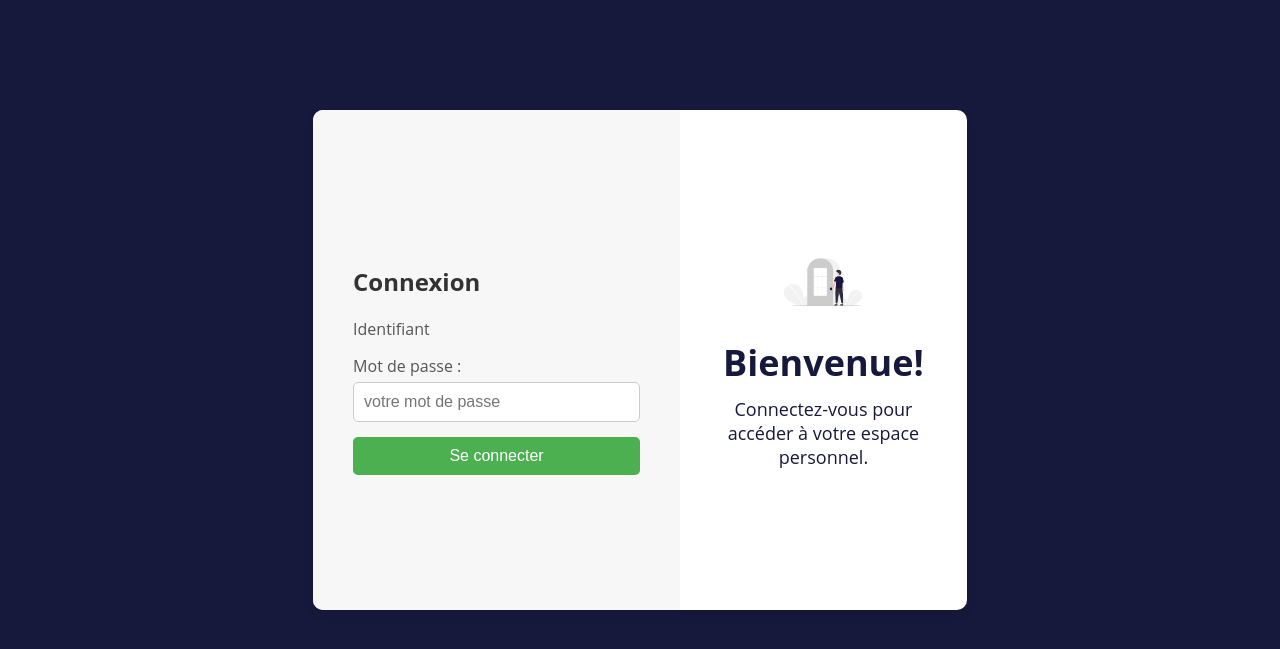
Repository: ndiawar/ProjetGab
Page: home.html
An editor plug-in stored every save of this project. The page is shown before and after the next save, followed by the edit.
The browser window is 1280 px wide. The pictures show the whole page.

Above is the page before, as saved 2024-08-07 13:59:03.

After the next save:
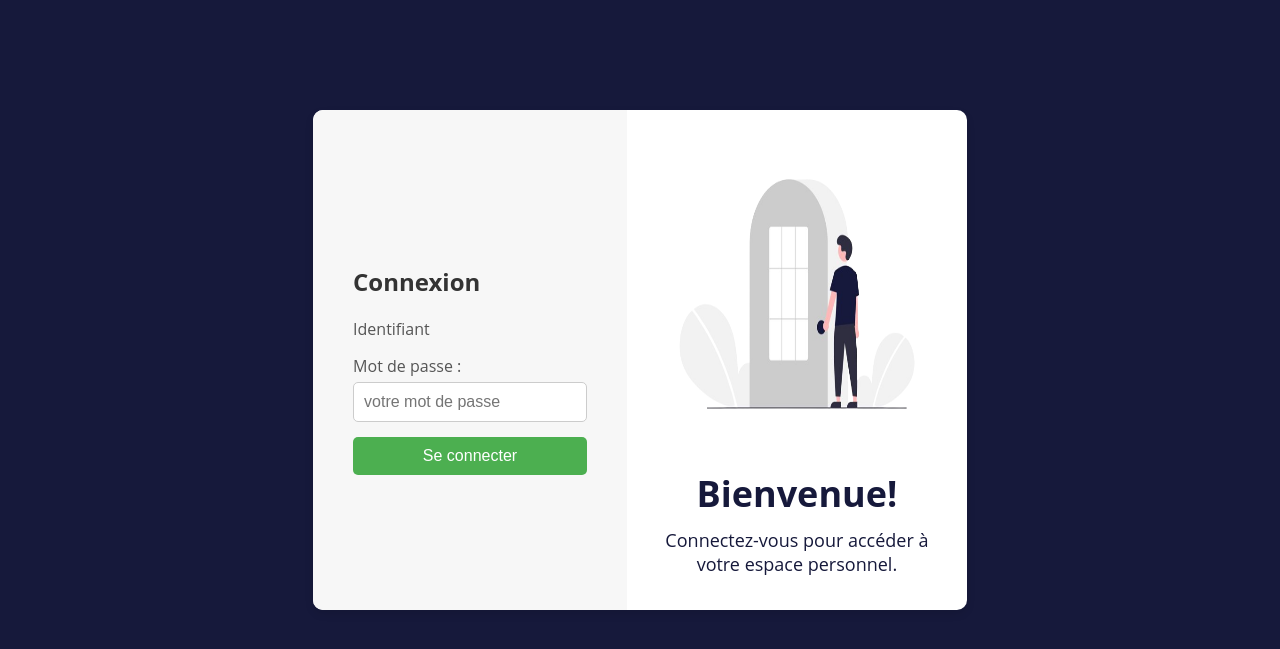
Saved 41 s later.
--- a/style.css
+++ b/style.css
@@ -137,7 +137,8 @@ button:hover {
 }
 
 .logo {
-    width: 100px;
+    width: 300px;
+    height: 300px;
     margin-bottom: 20px;
 }
 
